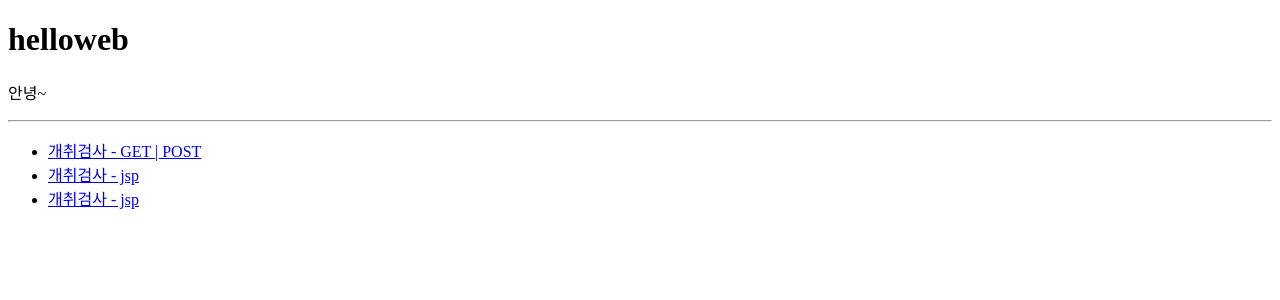
Repository: kianpas/KH_Server
Page: 01_helloweb/WebContent/index.html
An editor plug-in stored every save of this project. The page is shown before and after the next save, followed by the edit.
The browser window is 1280 px wide. The pictures show the whole page.

Above is the page before, as saved 2021-03-24 08:40:54.

After the next save:
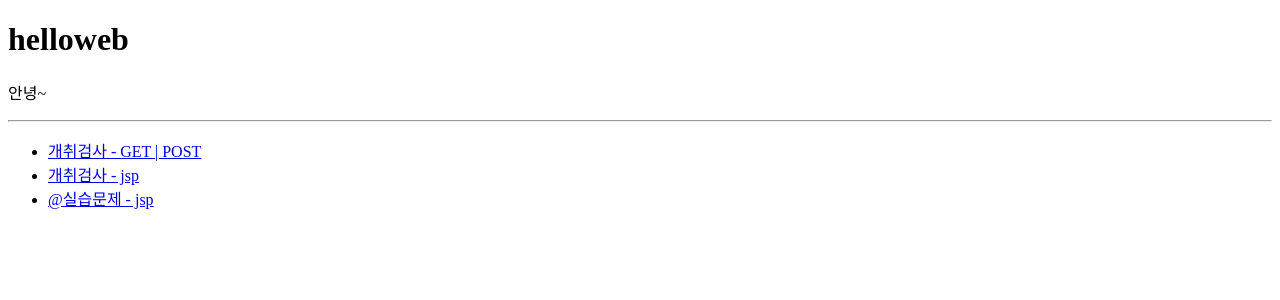
Saved 6 s later.
--- a/01_helloweb/WebContent/index.html
+++ b/01_helloweb/WebContent/index.html
@@ -14,7 +14,7 @@
 	<!-- context path 이후의 경로 WebContent폴더에서 찾게된다. -->
 		<li><a href="/web/servlet/testPerson1.html">개취검사 - GET | POST</a></li>
 		<li><a href="/web/servlet/testPerson2.html">개취검사 - jsp</a></li>
-		<li><a href="/web/menu/menu.jsp">개취검사 - jsp</a></li>
+		<li><a href="/web/menu/menu.jsp">@실습문제 - jsp</a></li>
 	</ul>
 </body>
 </html>
